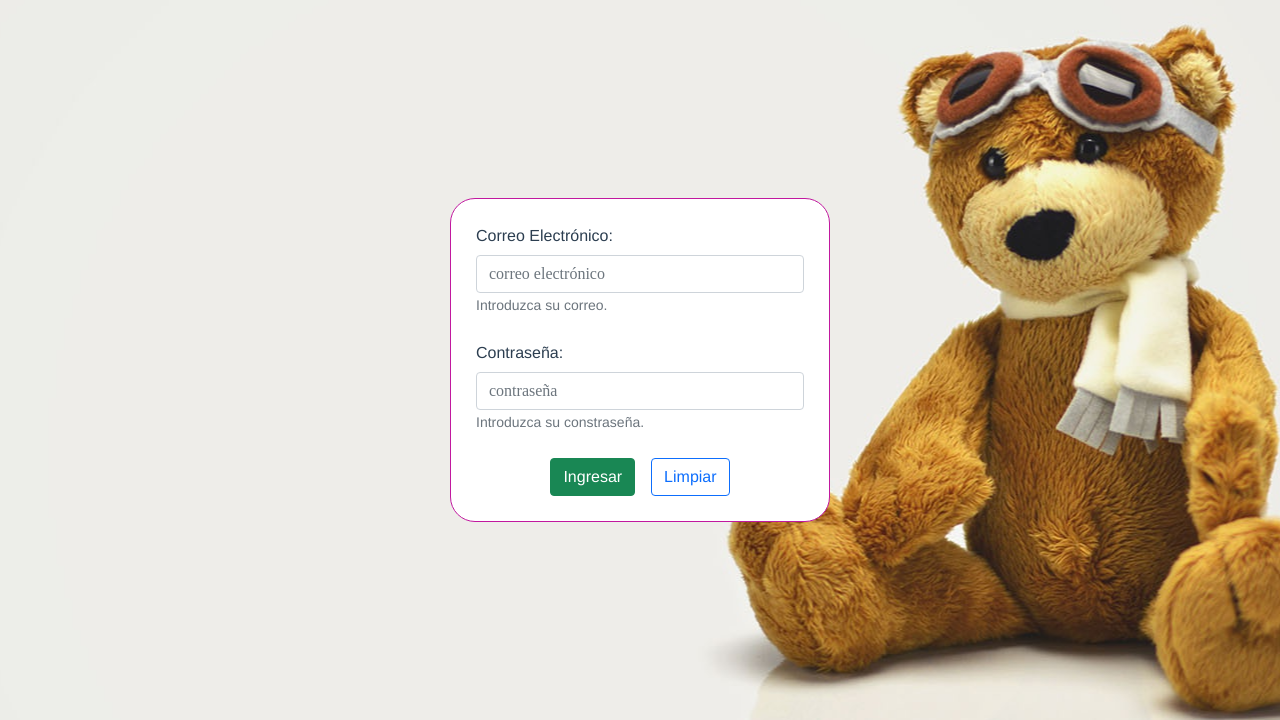
Repository: Darigo30/prueba-jugueteria
Page: /login
These files come from the project's save history. The page is drawn as it stood at one moment and after the next save; the edit follows.
The browser window is 1280 px wide. The pictures show the whole page.
Some web fonts or font styles are not loaded; a fallback is used. The project was rebuilt for these pictures with package versions that can differ from the ones it lists, and the page was loaded fresh each time. Also part of the build but not shown: src/components/Editar.vue, src/components/Tabla.vue, src/components/Agregar.vue, src/views/Home.vue.

Above is the page before, as saved 2021-05-30 21:26:40.

After the next save:
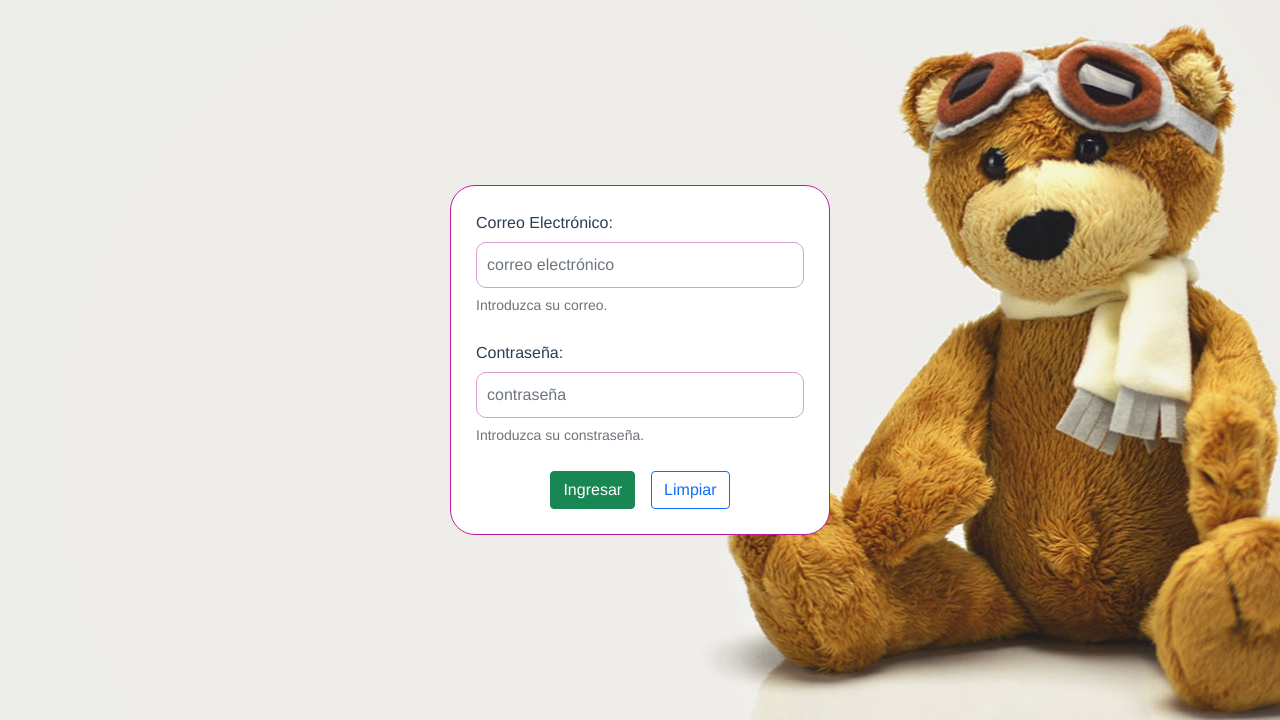
Saved 18 s later.
--- a/src/views/Login.vue
+++ b/src/views/Login.vue
@@ -93,8 +93,11 @@ export default {
     border: 1px solid #c1189f;
     border-radius: 25px;
   }
-  input {
-    font-family: 'Londrina Solid';
+
+  .form-control{
+    border: 1px solid #d99dcd;
+    border-radius: 10px;
+    margin: 5px 0;
+    padding: 10px;
 }
-
 </style>
